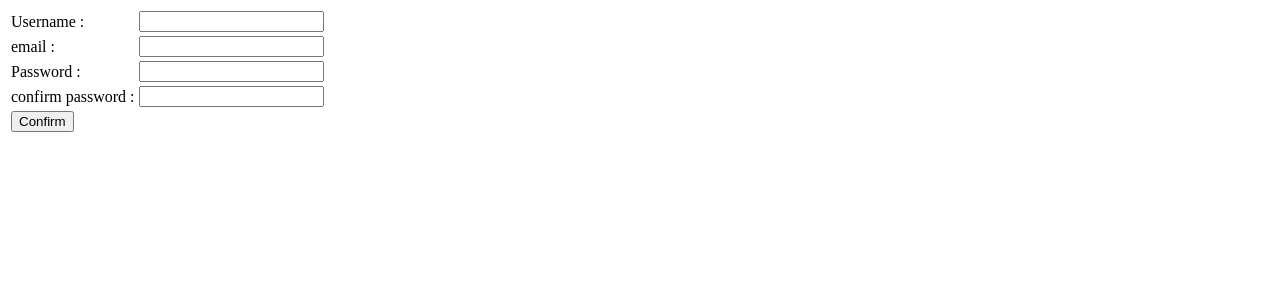
Repository: betardev/SocialProj
Page: http://localhost/SocialProjCustomers/CustomerRegistration/RegistrationForm.jsp
These files come from the project's save history. The page is drawn as it stood at one moment and after the next save; the edit follows.
The browser window is 1280 px wide. The pictures show the whole page.
The page is served by Tomcat 9. Other server files are loaded and not shown.

Above is the page before, as saved 2017-06-12 15:11:51.

### SocialProjCustomers/WebContent/CustomerRegistration/RegistrationForm.jsp
<%@ page language="java" contentType="text/html; charset=ISO-8859-1"
    pageEncoding="ISO-8859-1"%>
<!DOCTYPE html PUBLIC "-//W3C//DTD HTML 4.01 Transitional//EN" "http://www.w3.org/TR/html4/loose.dtd">
<html>
<head>
<meta http-equiv="Content-Type" content="text/html; charset=ISO-8859-1">
<title>Insert title here</title>
</head>
<body>

<form>
 <table>
  <tr>
   <td> Username :  </td>
   <td> <input name = "username"/>  </td>
  </tr>
  <tr>
   <td> email :  </td>
   <td> <input name = "email"/>  </td>
  </tr>
  <tr>
   <td> Password :  </td>
   <td> <input type = "password" name = "password"/>  </td>
  </tr>
  <tr>
   <td> confirm password :  </td>
   <td> <input type = "password" name = "cnfpassword"/>  </td>
  </tr>
  <tr>
   <td>
   <input type = "submit" name = "submitinfobtn" value = "Confirm">
   </td>
  </tr>
 </table>
</form>


</body>
</html>

After the next save:
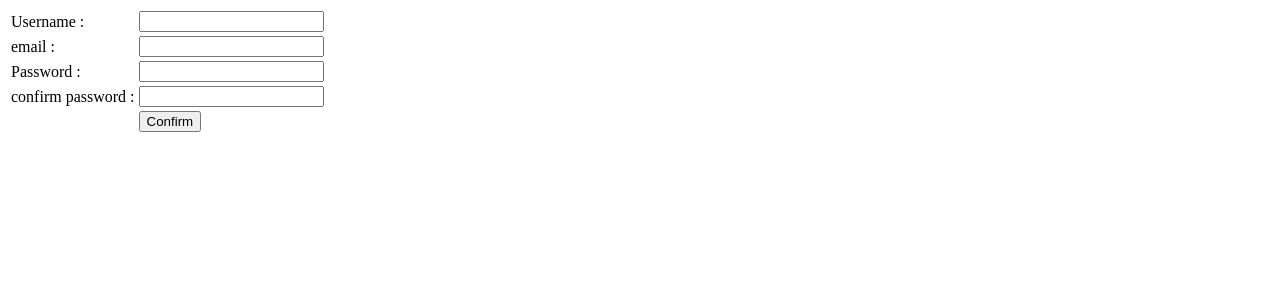
Saved 16 s later.
--- a/SocialProjCustomers/WebContent/CustomerRegistration/RegistrationForm.jsp
+++ b/SocialProjCustomers/WebContent/CustomerRegistration/RegistrationForm.jsp
@@ -27,6 +27,7 @@
    <td> <input type = "password" name = "cnfpassword"/>  </td>
   </tr>
   <tr>
+   <td/>
    <td>
    <input type = "submit" name = "submitinfobtn" value = "Confirm">
    </td>
